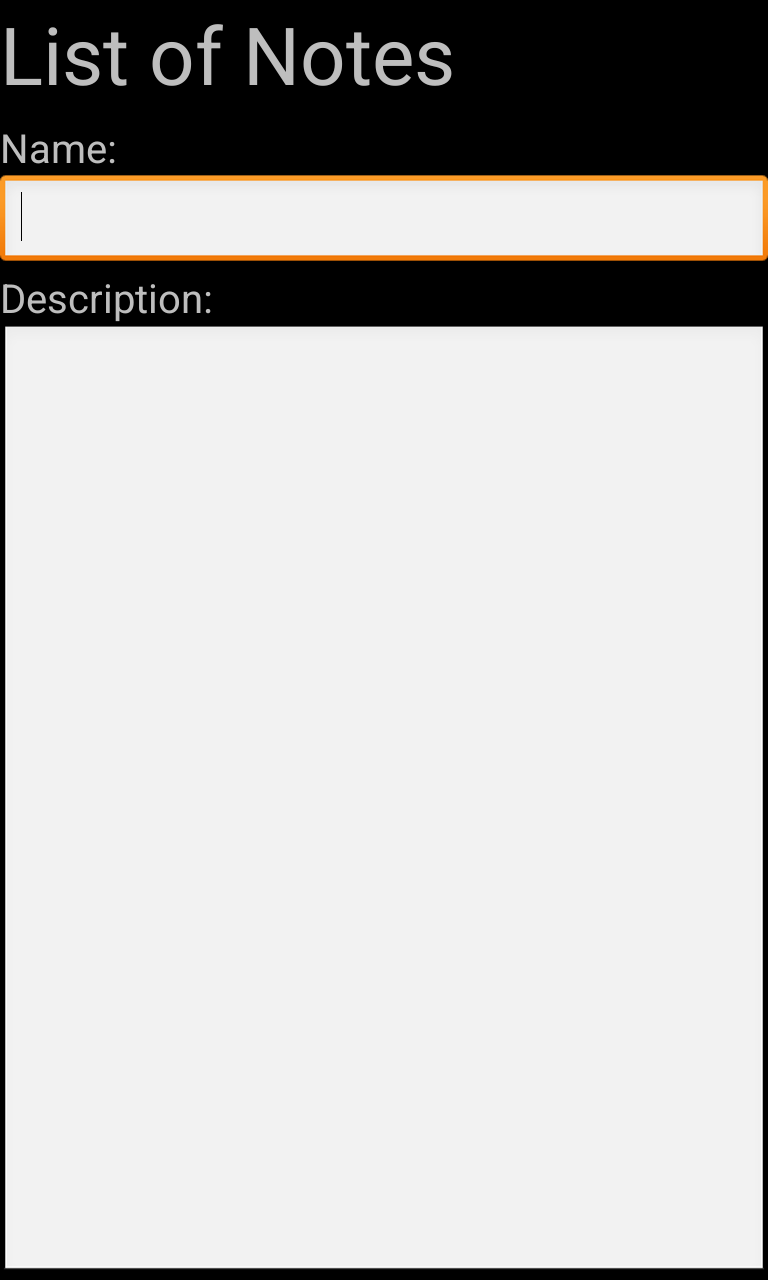
Repository: sandrapatfer/PROMPT11-10-CloudComputing.sandrapatfer
Layout: src/FinalWork/AndroidCloudNotes/AndroidCloudNotes/res/layout/tasklist_view.xml
The author's editor kept a copy of each file at every save. The layout is drawn from the files as they stood at one save, then again after the next save.
It is drawn on a 768 x 1280 px phone screen (xhdpi) without system bars, with theme android:Theme; the app's code is not run.

Above is the layout before, as saved 2012-06-03 22:48:49.

### src/FinalWork/AndroidCloudNotes/AndroidCloudNotes/res/layout/tasklist_view.xml
<?xml version="1.0" encoding="utf-8"?>
<LinearLayout xmlns:android="http://schemas.android.com/apk/res/android"
    android:layout_width="match_parent"
    android:layout_height="match_parent"
    android:orientation="vertical" >

    <TextView
        android:id="@+id/textView1"
        android:layout_width="match_parent"
        android:layout_height="60dp"
        android:text="@string/tasklist_title"
        android:textSize="40dp" />
	<TextView
	    android:id="@+id/textView2"
	    android:layout_width="wrap_content"
	    android:layout_height="wrap_content"
	    android:text="@string/name_label"
	    android:textSize="20dp"
	    />
	<EditText
	    android:id="@+id/text_taskListName"
	    android:layout_width="match_parent"
	    android:layout_height="wrap_content"
	    android:inputType="text" >
	    <requestFocus />
    </EditText>
	<TextView
	    android:id="@+id/textView3"
	    android:layout_width="wrap_content"
	    android:layout_height="wrap_content"
	    android:text="@string/description_label"
	    android:textSize="20dp"
	    />

	<EditText
	    android:id="@+id/text_taskListDescription"
	    android:layout_width="match_parent"
	    android:layout_height="match_parent"
	    android:inputType="textMultiLine" >

    </EditText>
    <LinearLayout
        android:id="@+id/linearLayout1"
        android:layout_width="match_parent"
        android:layout_height="wrap_content"
         >
        <Button
            android:id="@+id/button1"
            android:layout_width="wrap_content"
            android:layout_height="wrap_content"
            android:layout_weight="1"
            android:text="@string/save_label"
             />
        <Button
            android:id="@+id/button2"
            android:layout_width="wrap_content"
            android:layout_height="wrap_content"
            android:layout_weight="1"
            android:text="@string/notes_label" />
    </LinearLayout>

</LinearLayout>

### src/FinalWork/AndroidCloudNotes/AndroidCloudNotes/res/values/strings.xml
<?xml version="1.0" encoding="utf-8"?>
<resources>

    <string name="hello">Hello World, AndroidCloudNotesActivity!</string>
    <string name="app_name">Prompt Cloud Notes for Android</string>
    <string name="tasklistitem_label">"List: "</string>
    <string name="tasklists_title">Lists of Notes</string>
    <string name="tasklist_title">List of Notes</string>
    <string name="tasklist_createnew_label">Add List</string>
    <string name="name_label">Name:</string>
    <string name="description_label">Description:</string>
    <string name="save_label">Save</string>
    <string name="notes_label">Notes</string>


</resources>

After the next save:
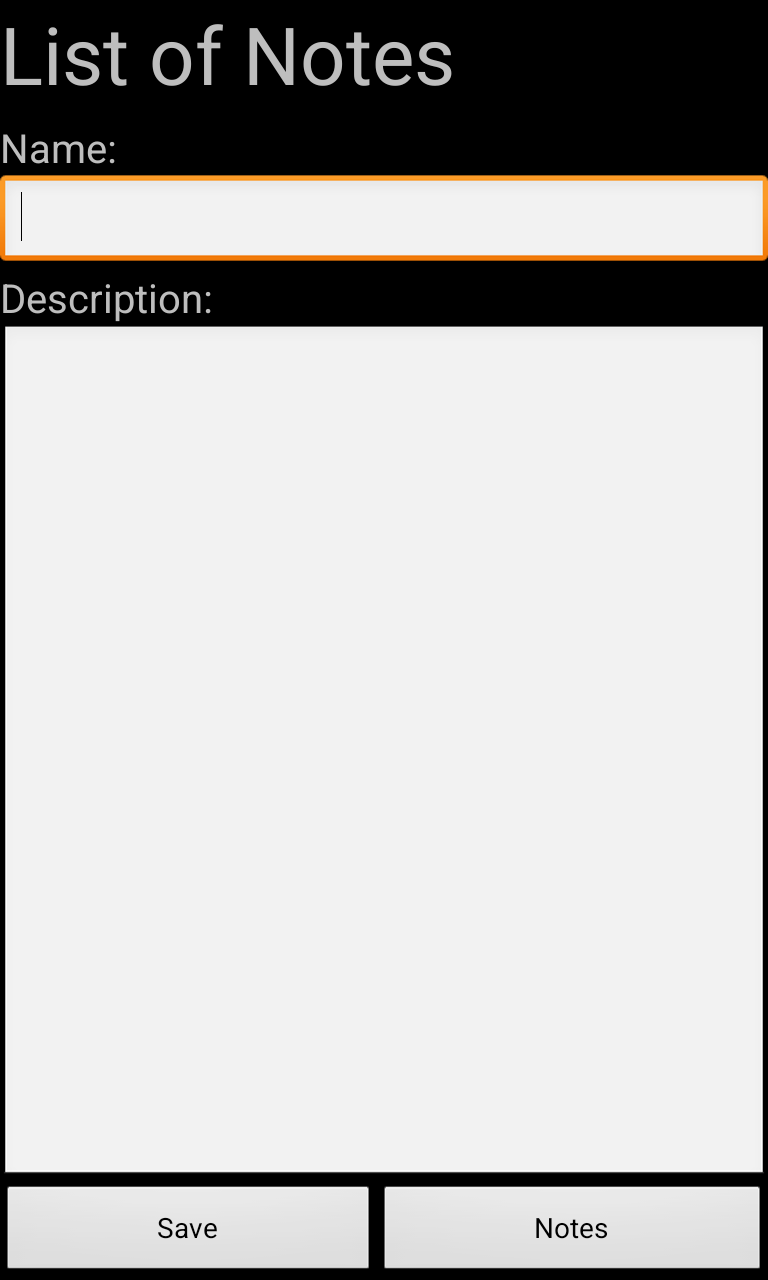
Saved 6 min 7 s later.
--- a/src/FinalWork/AndroidCloudNotes/AndroidCloudNotes/res/layout/tasklist_view.xml
+++ b/src/FinalWork/AndroidCloudNotes/AndroidCloudNotes/res/layout/tasklist_view.xml
@@ -36,6 +36,7 @@
 	    android:id="@+id/text_taskListDescription"
 	    android:layout_width="match_parent"
 	    android:layout_height="match_parent"
+	    android:layout_weight="0.33"
 	    android:inputType="textMultiLine" >
 
     </EditText>
